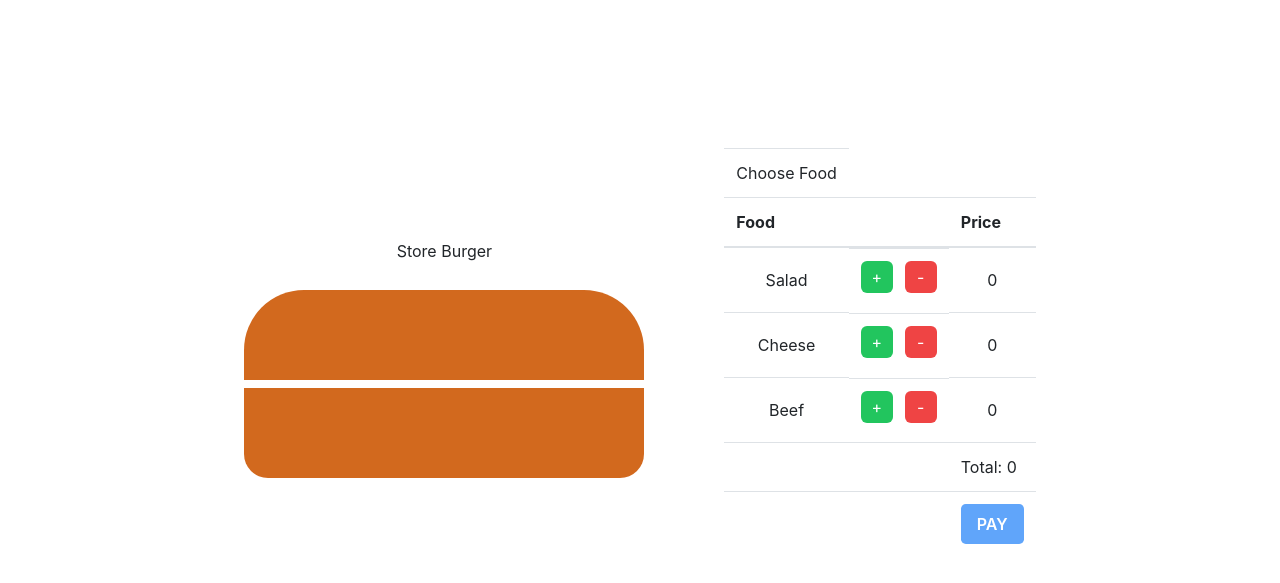
Repository: baobaodeveloper/bootcamp21_HuynhAnhBao_Burger
Page: /
These files come from the project's save history. The page is drawn as it stood at one moment and after a run of saves; the edit follows.
The browser window is 1280 px wide. The pictures show the whole page.
The project was rebuilt for these pictures with package versions that can differ from the ones it lists, and the page was loaded fresh each time. Also part of the build but not shown: vite.config.js.

Above is the page before, as saved 2022-05-15 19:05:40.

After the next 2 saves:
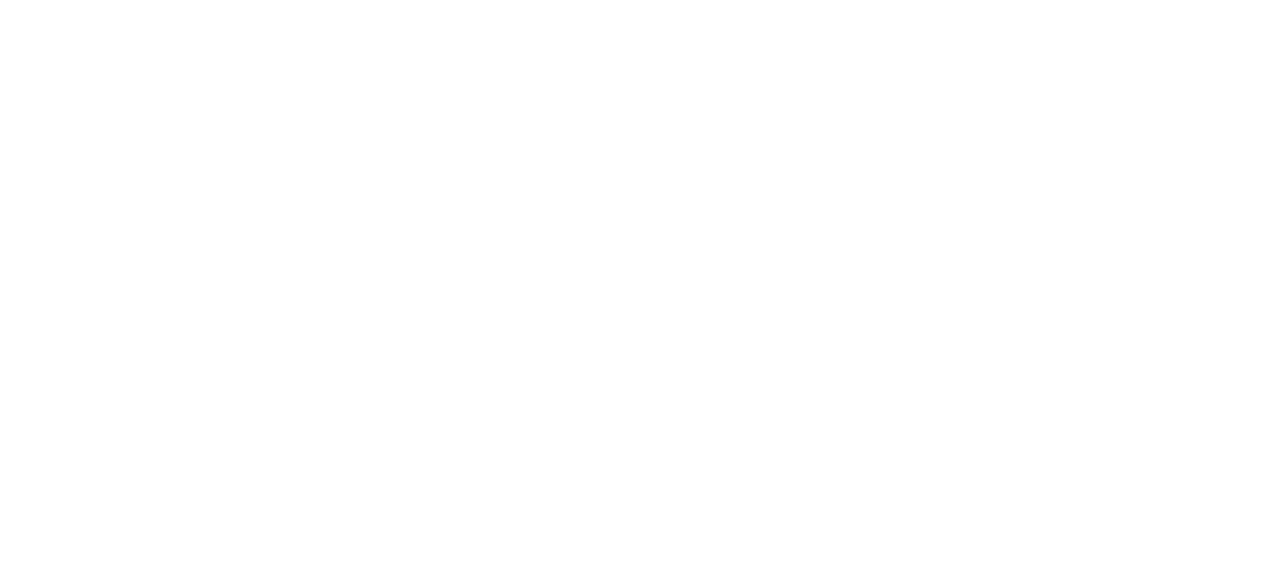
Console error (its wording comes from the project's code and is left out).
The 2 saves are shown as one change because they came seconds apart.
The last was saved 17 s later.
--- a/src/components/dataBuger/Burger.jsx
+++ b/src/components/dataBuger/Burger.jsx
@@ -26,7 +26,7 @@
           <div className="bg-[#D2691E] w-full h-[30px] relative">
             <div className="bg-[#D2691E] w-full h-[60px] absolute top-0 left-0 -translate-y-[60px] rounded-tl-full rounded-tr-full"></div>
           </div>
-          {dataRenderFood.length < 0 && <p>Choose food</p>}
+          {(dataRenderFood.length = 0 && <p>Choose food</p>)}
 
           {dataRenderFood.length > 0 &&
             dataRenderFood.map((item, i) => (

After the save that followed:
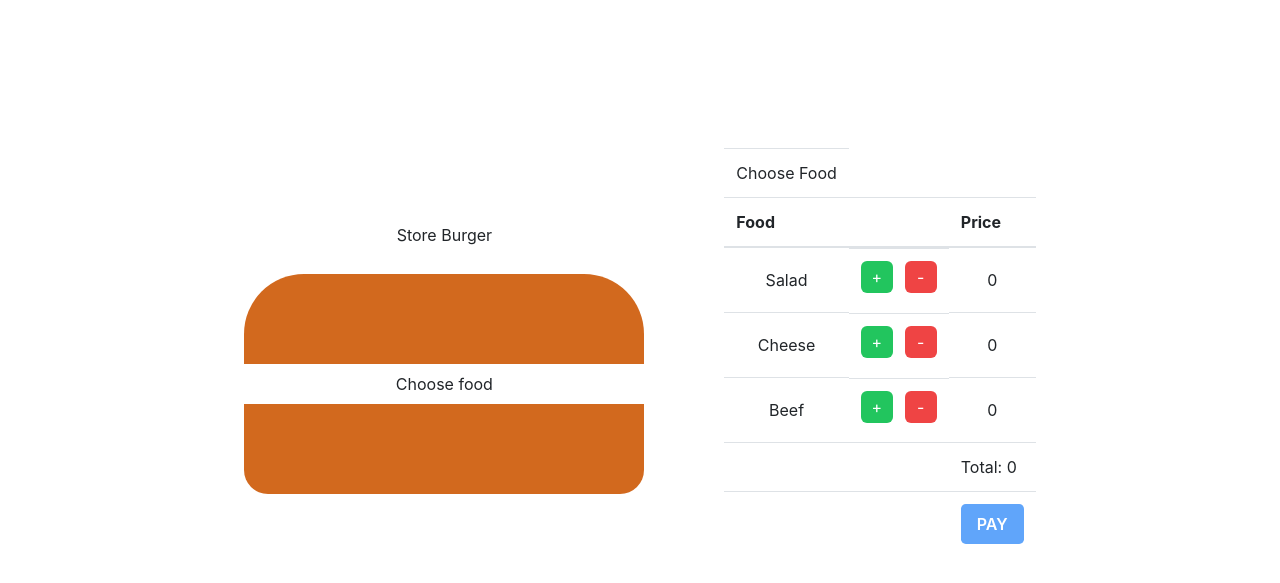
The error is gone.
Saved 4 s later.
--- a/src/components/dataBuger/Burger.jsx
+++ b/src/components/dataBuger/Burger.jsx
@@ -26,7 +26,7 @@
           <div className="bg-[#D2691E] w-full h-[30px] relative">
             <div className="bg-[#D2691E] w-full h-[60px] absolute top-0 left-0 -translate-y-[60px] rounded-tl-full rounded-tr-full"></div>
           </div>
-          {(dataRenderFood.length = 0 && <p>Choose food</p>)}
+          {dataRenderFood.length === 0 && <p>Choose food</p>}
 
           {dataRenderFood.length > 0 &&
             dataRenderFood.map((item, i) => (
